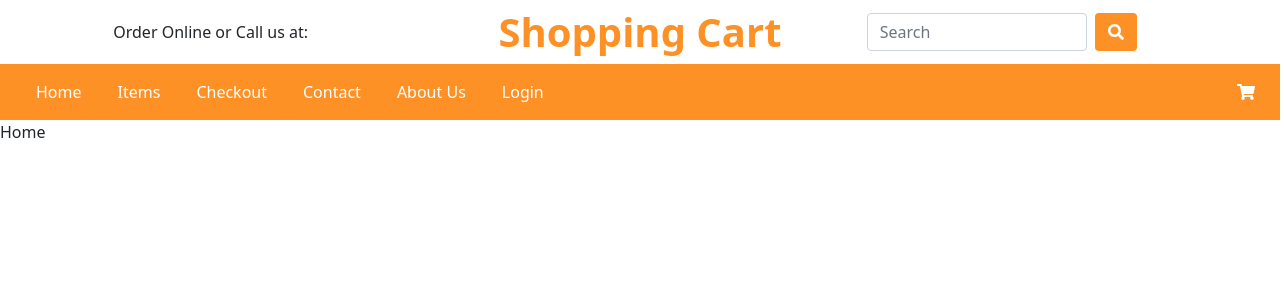
Repository: SaudCh/React-Ecommerce
Page: /
An editor plug-in stored every save of this project. The page is shown before and after the next save, followed by the edit.
The browser window is 1280 px wide. The page is 1284 px wide, so the pictures cover 1284 px, including what lies to the right of the window. The pictures show the whole page.
The project was rebuilt for these pictures with package versions that can differ from the ones it lists, and the page was loaded fresh each time. Also part of the build but not shown: src/App.css.

Above is the page before, as saved 2021-12-05 12:44:59.

After the next save:
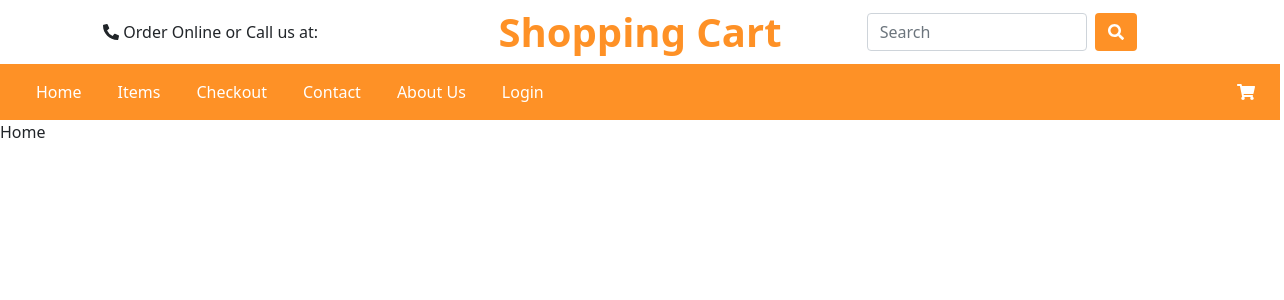
Saved 20 s later.
--- a/src/Header/Header.jsx
+++ b/src/Header/Header.jsx
@@ -1,4 +1,8 @@
-import { faSearch, faShoppingCart } from "@fortawesome/free-solid-svg-icons";
+import {
+  faPhoneAlt,
+  faSearch,
+  faShoppingCart,
+} from "@fortawesome/free-solid-svg-icons";
 import { FontAwesomeIcon } from "@fortawesome/react-fontawesome";
 import React from "react";
 import { Link } from "react-router-dom";
@@ -10,7 +14,9 @@ export default function Header() {
       <nav className="cotainer-fluid m-2">
         <div className="row align-items-center">
           <div className="col-12 col-md-4 text-center ">
-            <p className="m-0 p-0">Order Online or Call us at: </p>
+            <p className="m-0 p-0">
+              <FontAwesomeIcon icon={faPhoneAlt} /> Order Online or Call us at:{" "}
+            </p>
           </div>
           <div className="col-12 col-md-4 text-center">
             <p className="m-0 fw-bold h1" style={{ color: "#fe9126" }}>
